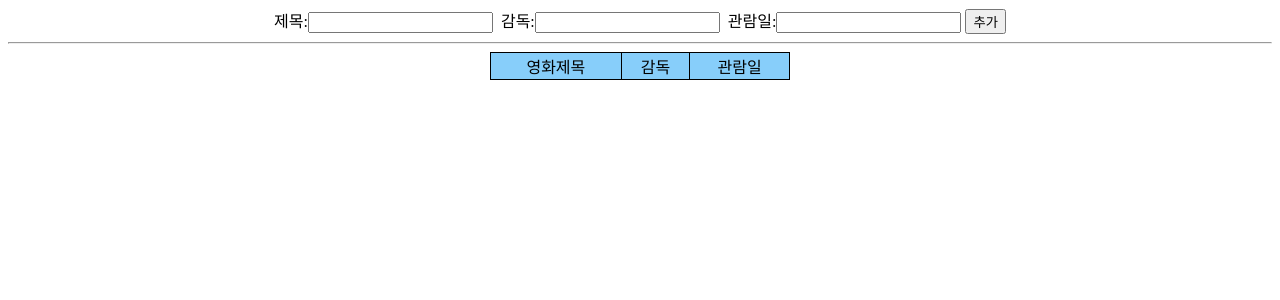
Repository: LeeHyeSu/JSP
Page: http://localhost/Practice33/jsp/Movie.jsp
These files come from the project's save history. The page is drawn as it stood at one moment and after the next save; the edit follows.
The browser window is 1280 px wide. The pictures show the whole page.
The page is served by Tomcat 9.

Above is the page before, as saved 2017-11-25 06:43:38.

After the next save:
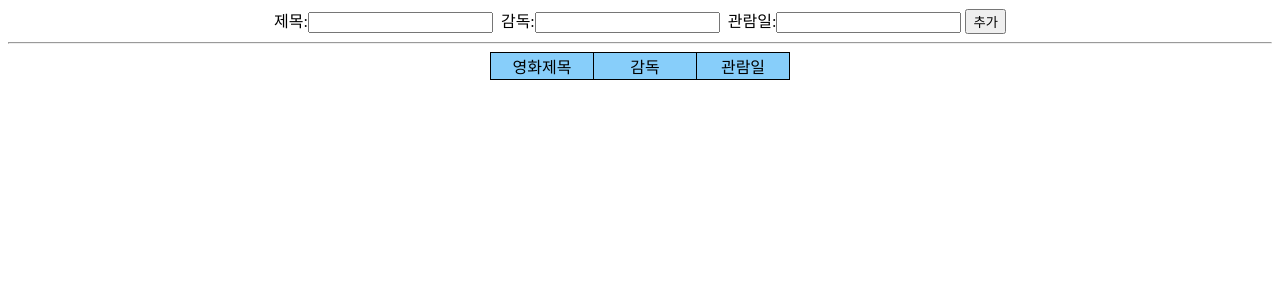
Saved 2 min 12 s later.
--- a/Practice33/WebContent/jsp/Movie.jsp
+++ b/Practice33/WebContent/jsp/Movie.jsp
@@ -35,7 +35,7 @@ table,tr,td {
 <hr>
 <table width="300">
 	<tr align="center" bgcolor="#87CEFA">
-	<td>영화제목</td><td>감독</td><td>관람일</td>
+	<td width="100">영화제목</td><td width="100">감독</td><td>관람일</td>
 	</tr>
 	<%
 		for(Movie m : movies.getMovieList()) {
